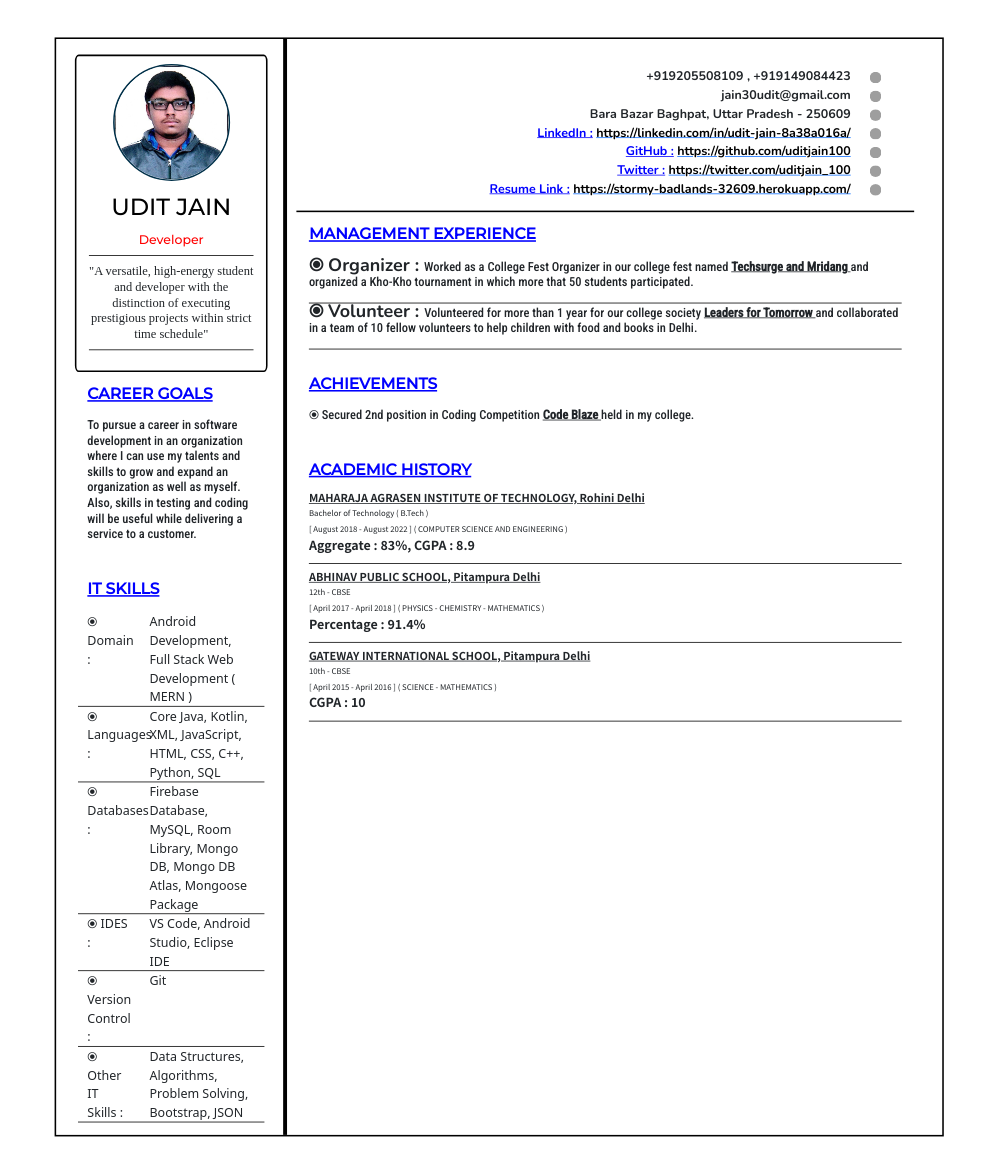
Repository: uditjain100/Resume
Page: app.html
An editor plug-in stored every save of this project. The page is shown before and after the next save, followed by the edit.
The browser window is 1280 px wide. The pictures show the whole page, at 78% of full size.
Pictures or frames that could not be fetched are drawn as grey boxes. Some web fonts or font styles are not loaded; a fallback is used.

Above is the page before, as saved 2021-05-27 18:12:44.

After the next save:
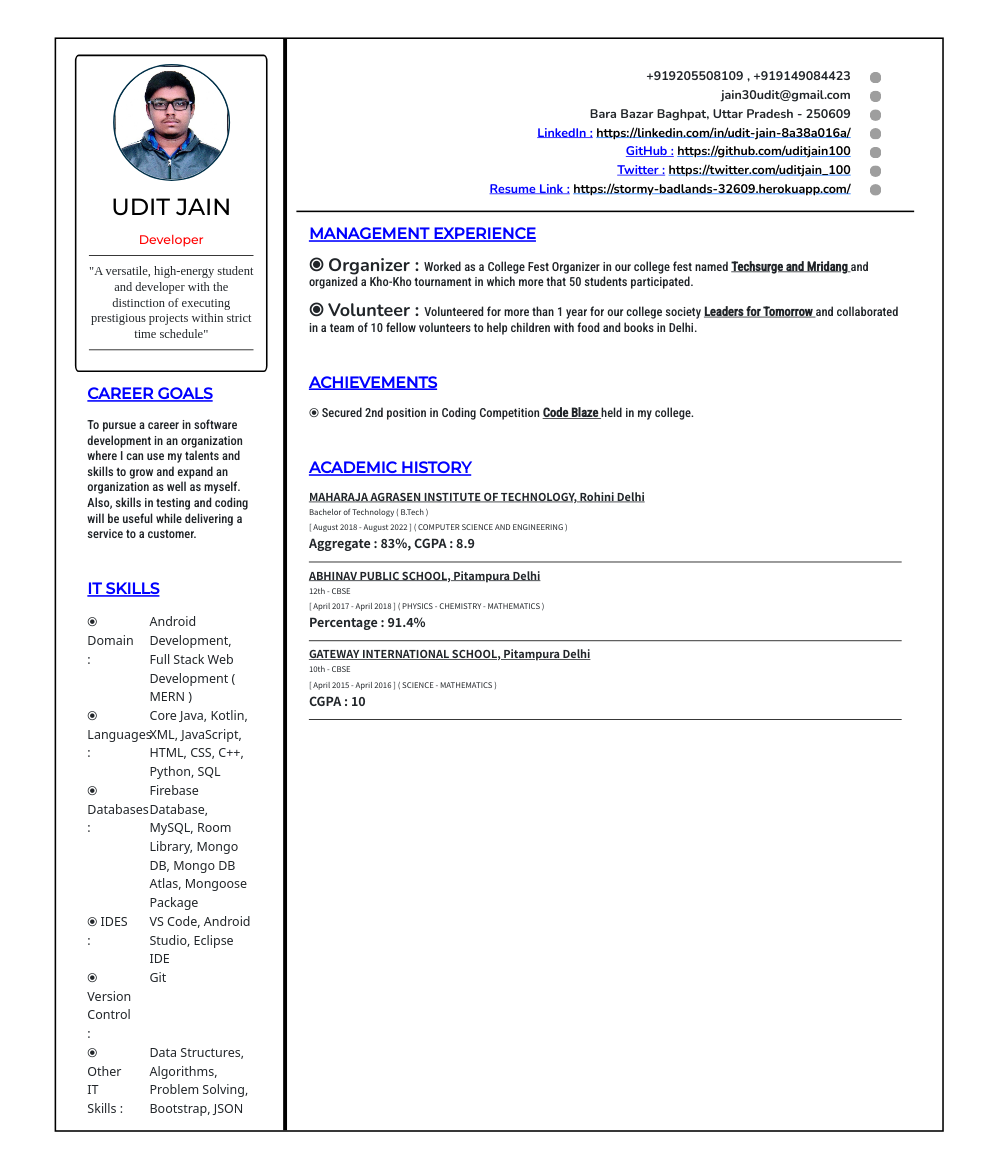
Saved 12 s later.
--- a/app.css
+++ b/app.css
@@ -103,11 +103,6 @@ ul {
 	color: red;
 }
 
-#itskillsitem,
-#managementskillsitem {
-	border-bottom: 1px black solid;
-}
-
 #managementskillsitem p {
 	line-height: 20px;
 }
